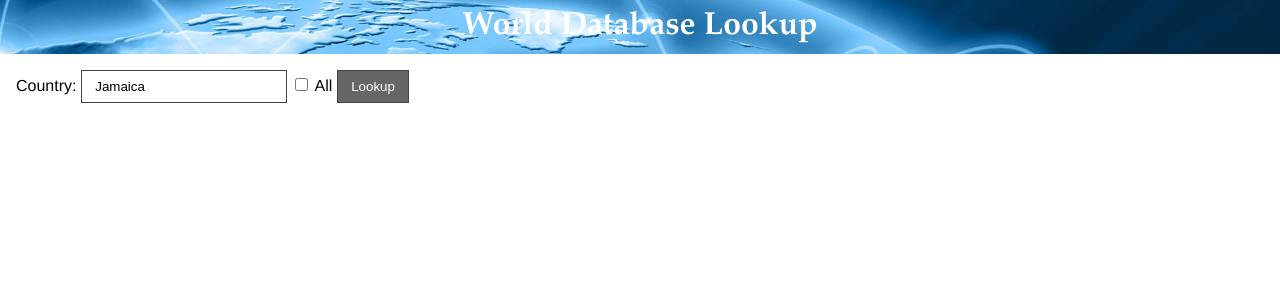
Repository: zBraVo17/info2180-lab7
Page: index.html
The author's editor kept a record of every edit. The page is drawn from the files as they stood at one moment, then again after the next edit.
The browser window is 1280 px wide. The pictures show the whole page.
Some web libraries are served in a nearby version.

Above is the page before.

After the next edit:
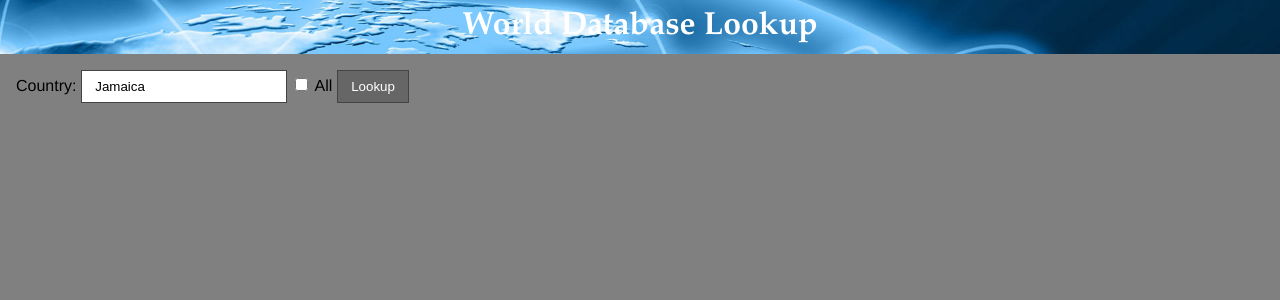
The edit:
--- a/world.css
+++ b/world.css
@@ -3,6 +3,7 @@
     margin: 0;
     font-size: 16px;
     font-family: Helvetica, Arial, sans-serif;
+    background-color: grey;
 }
 .error{
     padding: 5px 0;
